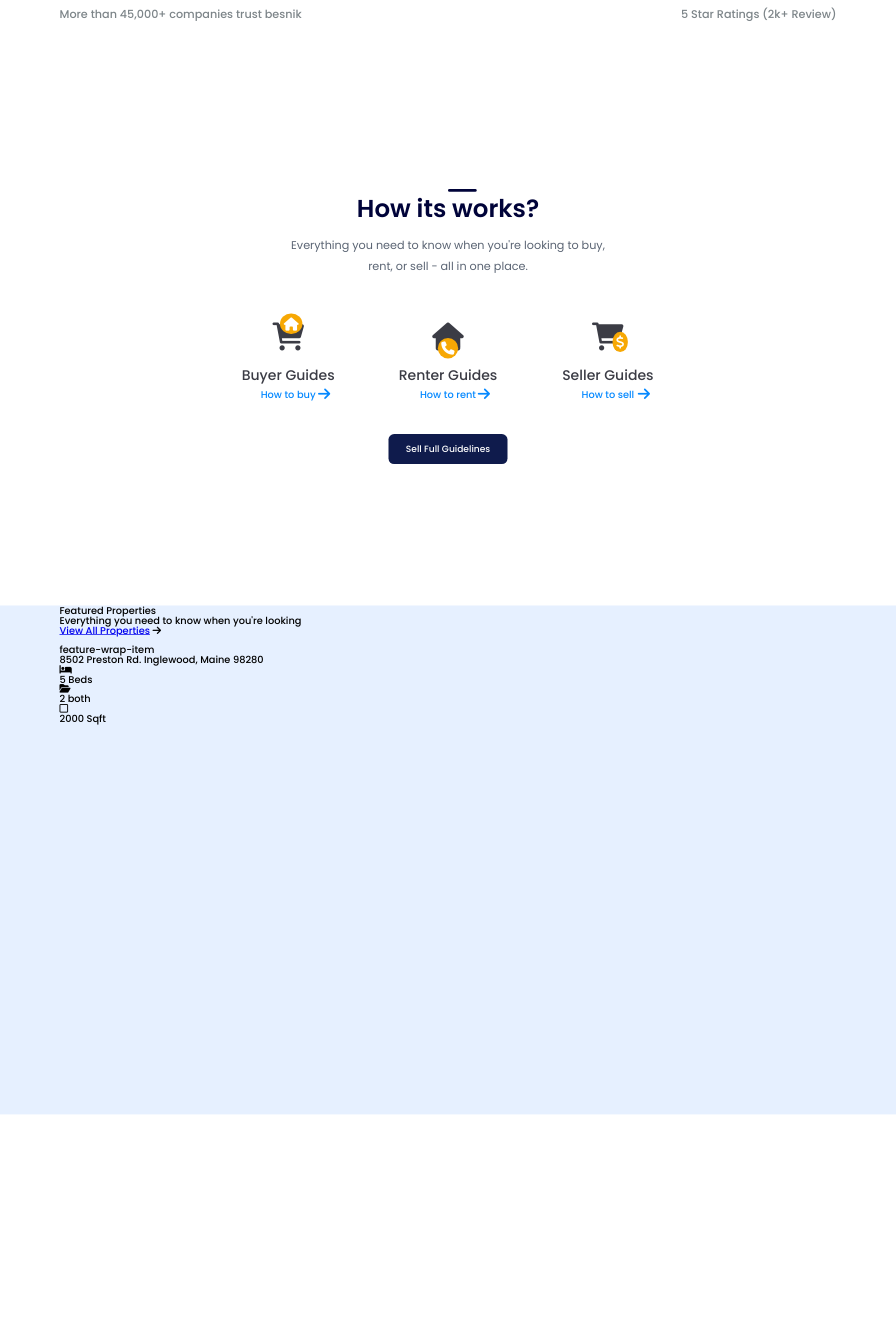
Repository: kauittt/f8-htmlcss-01
Page: index.html
The author's editor kept a copy of each file at every save. The page is drawn from the files as they stood at one save, then again after a run of saves.
The browser window is 1280 px wide. The pictures show the part of the page from y = 890 to 2810 px (the page is 2911 px tall), at 70% of full size.

Above is the page before, as saved 2023-01-01 10:30:52.

### index.html
<!DOCTYPE html>
<html lang="en">
    <head>
        <meta charset="UTF-8" />
        <meta http-equiv="X-UA-Compatible" content="IE=edge" />
        <meta name="viewport" content="width=device-width, initial-scale=1.0" />
        <title>F8-PROJECT-01</title>
        <link rel="preconnect" href="https://cdnjs.cloudflare.com" />
        <link
            rel="stylesheet"
            href="https://cdnjs.cloudflare.com/ajax/libs/font-awesome/6.2.1/css/all.min.css"
        />
        <link rel="stylesheet" href="./assets/css/reset.css" />
        <link rel="stylesheet" href="./assets/fonts/stylesheet.css" />
        <link rel="stylesheet" href="./assets/css/styles.css" />
    </head>
    <body>
        <header id="header" class="colored">
            <div class="content">
                <div class="header-nav">
                    <p class="logo">Bensnik.</p>
                    <ul class="header-nav-list">
                        <li class="header-nav-list__item">Home</li>
                        <li class="header-nav-list__item">Features</li>
                        <li class="header-nav-list__item">Services</li>
                        <li class="header-nav-list__item">Resources</li>
                        <li class="header-nav-list__item">Contact</li>
                    </ul>

                    <div class="header-nav-account">
                        <p class="header-nav-account__general">Sign in</p>
                        <p class="header-nav-account__general btn">Sign up</p>
                    </div>
                </div>

                <div class="header-about">
                    <p class="header-about__welcome">
                        Welcome to Bensnik Agency
                    </p>
                    <h1 class="header-about__heading">
                        Discover a place you'll love to live
                    </h1>
                    <p class="header-about__desc">
                        Get the best real estate deals first, before they hit
                        the mass market! hot foreclosure deals with one simple
                        search
                    </p>
                    <p class="header-about__link btn">More About Us</p>
                </div>
            </div>
        </header>

        <div id="client">
            <div class="content">
                <div class="client-infor">
                    <p class="logo">Bensnik.</p>
                    <div class="client-infor-wrap">
                        <i class="fa-solid fa-star client-infor-wrap__item"></i>
                        <i class="fa-solid fa-star client-infor-wrap__item"></i>
                        <i class="fa-solid fa-star client-infor-wrap__item"></i>
                        <i class="fa-solid fa-star client-infor-wrap__item"></i>
                        <i class="fa-solid fa-star client-infor-wrap__item"></i>
                    </div>
                </div>
                <div class="client-infor">
                    <p class="client-infor__text">
                        More than 45,000+ companies trust besnik
                    </p>
                    <p class="client-infor__text">
                        5 Star Ratings (2k+ Review)
                    </p>
                </div>

                <div class="client-logo">
                    <img src="" alt="" />
                </div>
            </div>
        </div>

        <div id="desc">
            <div class="small-content desc-wrap">
                <div class="desc-heading">
                    <h2 class="desc-heading__title">How its works?</h2>
                    <p class="desc-heading__text">
                        Everything you need to know when you're looking to buy,
                        rent, or sell - all in one place.
                    </p>
                </div>

                <div class="desc-guide">
                    <div class="desc-guide-item">
                        <i
                            class="desc-guide-item__icon fa-solid fa-cart-shopping"
                        >
                        </i>
                        <i
                            class="desc-guide-item__childIcon desc-guide-item__childIcon--topCenter fa-solid fa-house"
                        ></i>
                        <p class="desc-guide-item__name">Buyer Guides</p>
                        <p class="desc-guide-item__instruc">
                            How to buy
                            <i
                                class="desc-guide-item__instruc__icon fa-solid fa-arrow-right"
                            ></i>
                        </p>
                    </div>
                    <div class="desc-guide-item">
                        <i
                            class="desc-guide-item__icon fa-solid fa-house"
                        ></i>
                        <i class="desc-guide-item__childIcon desc-guide-item__childIcon--bottomCenter fa-solid fa-phone"></i>
                        </i>
                        <p class="desc-guide-item__name">Renter Guides</p>
                        <p class="desc-guide-item__instruc">
                            How to rent
                            <i
                                class="desc-guide-item__instruc__icon fa-solid fa-arrow-right"
                            ></i>
                        </p>
                    </div>
                    <div class="desc-guide-item">
                        <i
                            class="desc-guide-item__icon fa-solid fa-cart-shopping"
                        >
                        </i>
                        <i class="desc-guide-item__childIcon item__childIcon--bottomRight fa-solid fa-dollar-sign"></i>

                        <p class="desc-guide-item__name">Seller Guides</p>
                        <p class="desc-guide-item__instruc">
                            How to sell
                            <i
                                class="desc-guide-item__instruc__icon fa-solid fa-arrow-right"
                            ></i>
                        </p>
                    </div>
                </div>

                <p class="desc__link btn">Sell Full Guidelines</p>
            </div>
        </div>

        <div id="feature" class="colored">
            <div class="content">
                <h2 class="feature__heading">Featured Properties</h2>

                <div class="feature-more">
                    <p class="feature-more__desc">
                        Everything you need to know when you're looking
                    </p>

                    <a href="#!" class="feature-more__link">View All Properties</a>
                    <i
                        class="fa-solid fa-arrow-right"
                    ></i>
                </div>

                <div class="feature-wrap">
                    <div class="feature-wrap-item">
                        <img src="" alt="" class="feature-wrap-item__img">
                        <p class="feature-wrap-item__title">feature-wrap-item</p>
                        <p class="feature-wrap-item__text">8502 Preston Rd. Inglewood, Maine 98280</p>
                        <div class="feature-wrap-item-desc">
                            <i class="feature-wrap-item-desc__icon fa-solid fa-bed"></i>
                            <p class="feature-wrap-item-desc__text">5 Beds</p>

                            <i class="feature-wrap-item-desc__icon fa-solid fa-folder-open"></i>
                            <p class="feature-wrap-item-desc__text">2 both</p>

                            <i class="feature-wrap-item-desc__icon fa-regular fa-square"></i>
                            <p class="feature-wrap-item-desc__text">2000 Sqft</p>
                        </div>
                    </div>
                </div>
            </div>


        </div>

        <div id="news">
            <div class="content"></div>
        </div>

        <footer id="footer">
            <div class="content">
                <div class="nav"></div>
            </div>
        </footer>

        <script src="./assets/js/basic.js"></script>
    </body>
</html>

### assets/css/reset.css
html,
body,
div,
span,
applet,
object,
iframe,
h1,
h2,
h3,
h4,
h5,
h6,
p,
blockquote,
pre,
a,
abbr,
acronym,
address,
big,
cite,
code,
del,
dfn,
em,
img,
ins,
kbd,
q,
s,
samp,
small,
strike,
strong,
sub,
sup,
tt,
var,
b,
u,
i,
center,
dl,
dt,
dd,
ol,
ul,
li,
fieldset,
form,
label,
legend,
table,
caption,
tbody,
tfoot,
thead,
tr,
th,
td,
article,
aside,
canvas,
details,
embed,
figure,
figcaption,
footer,
header,
hgroup,
menu,
nav,
output,
ruby,
section,
summary,
time,
mark,
audio,
video {
    margin: 0;
    padding: 0;
    border: 0;
    font-size: 100%;
    font: inherit;
    vertical-align: baseline;
}
article,
aside,
details,
figcaption,
figure,
footer,
header,
hgroup,
menu,
nav,
section {
    display: block;
}
body {
    line-height: 1;
}
ol,
ul {
    list-style: none;
}
blockquote,
q {
    quotes: none;
}
blockquote:before,
blockquote:after,
q:before,
q:after {
    content: "";
    content: none;
}
table {
    border-collapse: collapse;
    border-spacing: 0;
}

### assets/fonts/stylesheet.css
@font-face {
    font-family: "Poppins";
    src: url("Poppins/Poppins-Bold.woff2") format("woff2"),
        url("Poppins/Poppins-Bold.woff") format("woff");
    font-weight: bold;
    font-style: normal;
    font-display: swap;
}

@font-face {
    font-family: "Poppins";
    src: url("Poppins/Poppins-Black.woff2") format("woff2"),
        url("Poppins/Poppins-Black.woff") format("woff");
    font-weight: 900;
    font-style: normal;
    font-display: swap;
}

@font-face {
    font-family: "Poppins";
    src: url("Poppins/Poppins-BlackItalic.woff2") format("woff2"),
        url("Poppins/Poppins-BlackItalic.woff") format("woff");
    font-weight: 900;
    font-style: italic;
    font-display: swap;
}

@font-face {
    font-family: "Poppins";
    src: url("Poppins/Poppins-BoldItalic.woff2") format("woff2"),
        url("Poppins/Poppins-BoldItalic.woff") format("woff");
    font-weight: bold;
    font-style: italic;
    font-display: swap;
}

@font-face {
    font-family: "Poppins";
    src: url("Poppins/Poppins-ExtraBold.woff2") format("woff2"),
        url("Poppins/Poppins-ExtraBold.woff") format("woff");
    font-weight: bold;
    font-style: normal;
    font-display: swap;
}

@font-face {
    font-family: "Poppins";
    src: url("Poppins/Poppins-ExtraBoldItalic.woff2") format("woff2"),
        url("Poppins/Poppins-ExtraBoldItalic.woff") format("woff");
    font-weight: bold;
    font-style: italic;
    font-display: swap;
}

@font-face {
    font-family: "Poppins";
    src: url("Poppins/Poppins-ExtraLight.woff2") format("woff2"),
        url("Poppins/Poppins-ExtraLight.woff") format("woff");
    font-weight: 200;
    font-style: normal;
    font-display: swap;
}

@font-face {
    font-family: "Poppins";
    src: url("Poppins/Poppins-ExtraLightItalic.woff2") format("woff2"),
        url("Poppins/Poppins-ExtraLightItalic.woff") format("woff");
    font-weight: 200;
    font-style: italic;
    font-display: swap;
}

@font-face {
    font-family: "Poppins";
    src: url("Poppins/Poppins-Italic.woff2") format("woff2"),
        url("Poppins/Poppins-Italic.woff") format("woff");
    font-weight: normal;
    font-style: italic;
    font-display: swap;
}

@font-face {
    font-family: "Poppins";
    src: url("Poppins/Poppins-Light.woff2") format("woff2"),
        url("Poppins/Poppins-Light.woff") format("woff");
    font-weight: 300;
    font-style: normal;
    font-display: swap;
}

@font-face {
    font-family: "Poppins";
    src: url("Poppins/Poppins-LightItalic.woff2") format("woff2"),
        url("Poppins/Poppins-LightItalic.woff") format("woff");
    font-weight: 300;
    font-style: italic;
    font-display: swap;
}

@font-face {
    font-family: "Poppins";
    src: url("Poppins/Poppins-Medium.woff2") format("woff2"),
        url("Poppins/Poppins-Medium.woff") format("woff");
    font-weight: 500;
    font-style: normal;
    font-display: swap;
}

@font-face {
    font-family: "Poppins";
    src: url("Poppins/Poppins-MediumItalic.woff2") format("woff2"),
        url("Poppins/Poppins-MediumItalic.woff") format("woff");
    font-weight: 500;
    font-style: italic;
    font-display: swap;
}

@font-face {
    font-family: "Poppins";
    src: url("Poppins/Poppins-Regular.woff2") format("woff2"),
        url("Poppins/Poppins-Regular.woff") format("woff");
    font-weight: normal;
    font-style: normal;
    font-display: swap;
}

@font-face {
    font-family: "Poppins";
    src: url("Poppins/Poppins-SemiBold.woff2") format("woff2"),
        url("Poppins/Poppins-SemiBold.woff") format("woff");
    font-weight: 600;
    font-style: normal;
    font-display: swap;
}

@font-face {
    font-family: "Poppins";
    src: url("Poppins/Poppins-SemiBoldItalic.woff2") format("woff2"),
        url("Poppins/Poppins-SemiBoldItalic.woff") format("woff");
    font-weight: 600;
    font-style: italic;
    font-display: swap;
}

@font-face {
    font-family: "Poppins";
    src: url("Poppins/Poppins-Thin.woff2") format("woff2"),
        url("Poppins/Poppins-Thin.woff") format("woff");
    font-weight: 100;
    font-style: normal;
    font-display: swap;
}

@font-face {
    font-family: "Poppins";
    src: url("Poppins/Poppins-ThinItalic.woff2") format("woff2"),
        url("Poppins/Poppins-ThinItalic.woff") format("woff");
    font-weight: 100;
    font-style: italic;
    font-display: swap;
}

### assets/css/styles.css
/*! COMMON */
* {
    box-sizing: border-box;
}

html {
    font-size: 62.5%;
}

body {
    font-family: "Poppins", sans-serif;
    font-size: 1.4rem;
    font-weight: 500;
    display: flex;
    flex-direction: column;
}

:root {
    --main-color: #e6f0ff;
}

.colored {
    background-color: var(--main-color);
}

.content {
    max-width: 111rem;
    margin: 0 auto;
}

.small-content {
    max-width: 68.5rem;
    margin: 0 auto;
}

.logo {
    color: #000228;
    font-weight: 600;
    font-size: 3rem;
}

/*! HEADER */
#header {
    height: 73.6rem;
}

.header-nav {
    display: flex;
    margin-top: 38px;
    height: 4rem;
    justify-content: space-between;
    align-items: center;
}

.header-nav-list {
    display: flex;
    margin-left: -206px;
}

.header-nav-list__item {
    color: #4f5361;
}

.header-nav-list__item + .header-nav-list__item {
    margin-left: 28px;
}

.header-nav-account {
    display: flex;
}

.header-nav-account__general {
    padding: 10px 20px;
    color: #0f1b4c;
}

/*! BUTTONN */
.btn {
    display: inline-block;
    border-radius: 8px;
    color: #fff;
    background-color: #0f1b4c;
    align-items: center;
}
/*!  */

.header-about {
    margin-top: 138px;
    max-width: 55.9rem;
}

.header-about__welcome {
    font-size: 1.8rem;
    color: #687690;
}

.header-about__heading {
    font-size: 6.4rem;
    font-weight: 700;
    line-height: 7.6rem;
    margin: 8px 0 30px 0;
    color: #000336;
}

.header-about__desc {
    font-size: 1.8rem;
    line-height: 3.2rem;
    font-weight: 400;
    color: #5a6473;
}

.header-about__link {
    font-size: 1.3rem;
    padding: 15px 38px;
    margin-top: 40px;
}

/*! LOGO */
#client {
    height: 31.2rem;
    margin-top: 122px;
}

.client-infor {
    display: flex;
    justify-content: space-between;
    align-items: center;
}

.client-infor + .client-infor {
    margin-top: 15px;
}

.client-infor-wrap__item {
    display: inline-block;
    width: 2.03rem;
    height: 1.885rem;
    color: #ffca56;
    line-height: 3rem;
}

.client-infor__text {
    font-size: 1.6rem;
    color: #7d8589;
}

.client-logo {
}

/*! DESCRIPTION */
#desc {
    height: 58.5rem;
}

.desc-wrap {
    text-align: center;
}

.desc-heading {
    max-width: 45rem;
    margin: 0 auto;
    display: flex;
    flex-direction: column;
}

.desc-heading__title {
    font-size: 3.5rem;
    font-weight: 600;
    color: #000339;
    position: relative;
}

.desc-heading__title::before {
    content: "";
    display: block;
    position: absolute;

    width: 4.1rem;
    height: 0.4rem;
    background-color: #000339;

    left: 50%;
    top: -1rem;
    transform: t ranslateX(-50%);
    border-radius: 8px;
}

.desc-heading__text {
    font-size: 1.6rem;
    font-weight: 400;
    line-height: 3rem;
    margin-top: 2rem;
    color: #5a6473;
}

.desc-guide {
    display: flex;
    margin-top: 65px;
    margin-bottom: 50px;
}

.desc-guide-item {
    width: calc(100% / 3);
    position: relative;
}

.desc-guide-item__icon {
    color: #3b3c45;
    font-size: 4rem;
}

.desc-guide-item__childIcon {
    position: absolute;
    font-size: 1.9rem;
}

.desc-guide-item__childIcon--topCenter {
    left: 45%;
    top: -1.2rem;
    padding: 0.5rem;
    color: white;
    background: #f7a804;
    border-radius: 50%;
}
.desc-guide-item__childIcon--bottomCenter {
    left: 50%;
    transform: translateX(-50%);
    bottom: 5.8rem;
    padding: 0.5rem;
    color: white;
    background: #f7a804;
    border-radius: 50%;
}
.item__childIcon--bottomRight {
    left: 53%;
    bottom: 67px;
    background: #f7a804;
    color: white;
    padding: 0.5rem;
    border-radius: 50%;
}

.desc-guide-item__name {
    font-size: 2rem;
    color: #3b3c45;
    margin-top: 26px;
    margin-bottom: 10px;
}

.desc-guide-item__instruc {
    font-size: 1.4rem;
    color: #0689ff;
    position: relative;
}

.desc-guide-item__instruc__icon {
    position: absolute;
    font-size: 2rem;
    top: 50%;
    transform: translateY(-50%);
    right: 5.4rem;
}

.desc__link {
    padding: 15px 25px;
    font-size: 1.3rem;
}

/*! FEATURE */
#feature {
    height: 72.7rem;
}

.feature__heading {
}

.feature-more {
}

.feature-more__desc {
}

.feature-more__link {
}

.feature-wrap {
}

.feature-wrap-item {
}

.feature-wrap-item__img {
}

.feature-wrap-item__title {
}

.feature-wrap-item__text {
}

.feature-wrap-item-desc {
}

.feature-wrap-item-desc__icon {
}

.feature-wrap-item-desc__text {
}

/*! NEWS */
#new {
    height: 40.9rem;
}

/*! FOOTER */
#footer {
    height: 42.9rem;
}

Loaded but not shown: assets/js/basic.js (no copy from this time; the picture is the same without it)

After the next 2 saves:
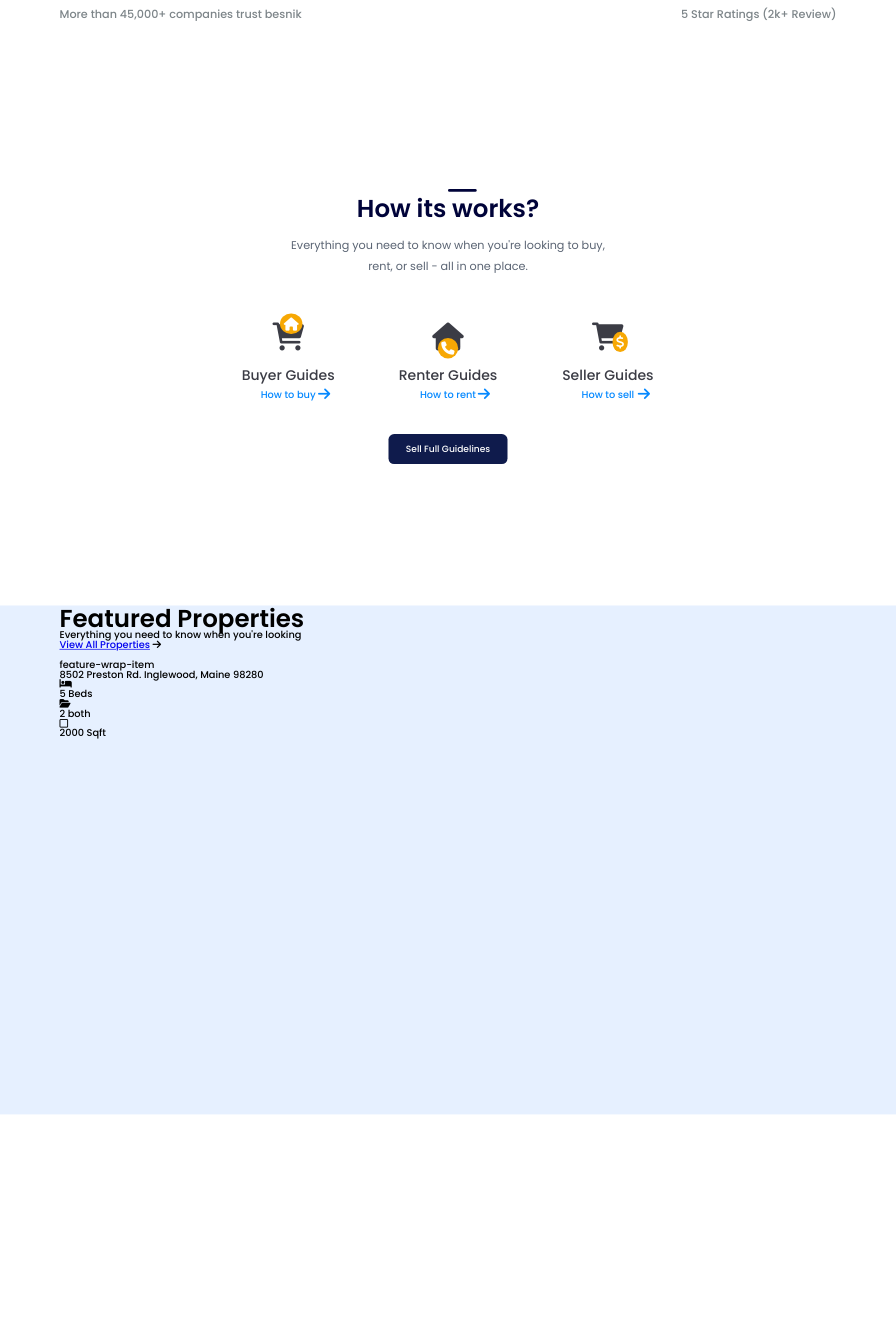
The 2 saves are shown as one change because they came seconds apart.
The last was saved 21 s later.
--- a/assets/css/styles.css
+++ b/assets/css/styles.css
@@ -272,6 +272,8 @@ body {
 }
 
 .feature__heading {
+    font-size: 3.5rem;
+    font-weight: 600;
 }
 
 .feature-more {
